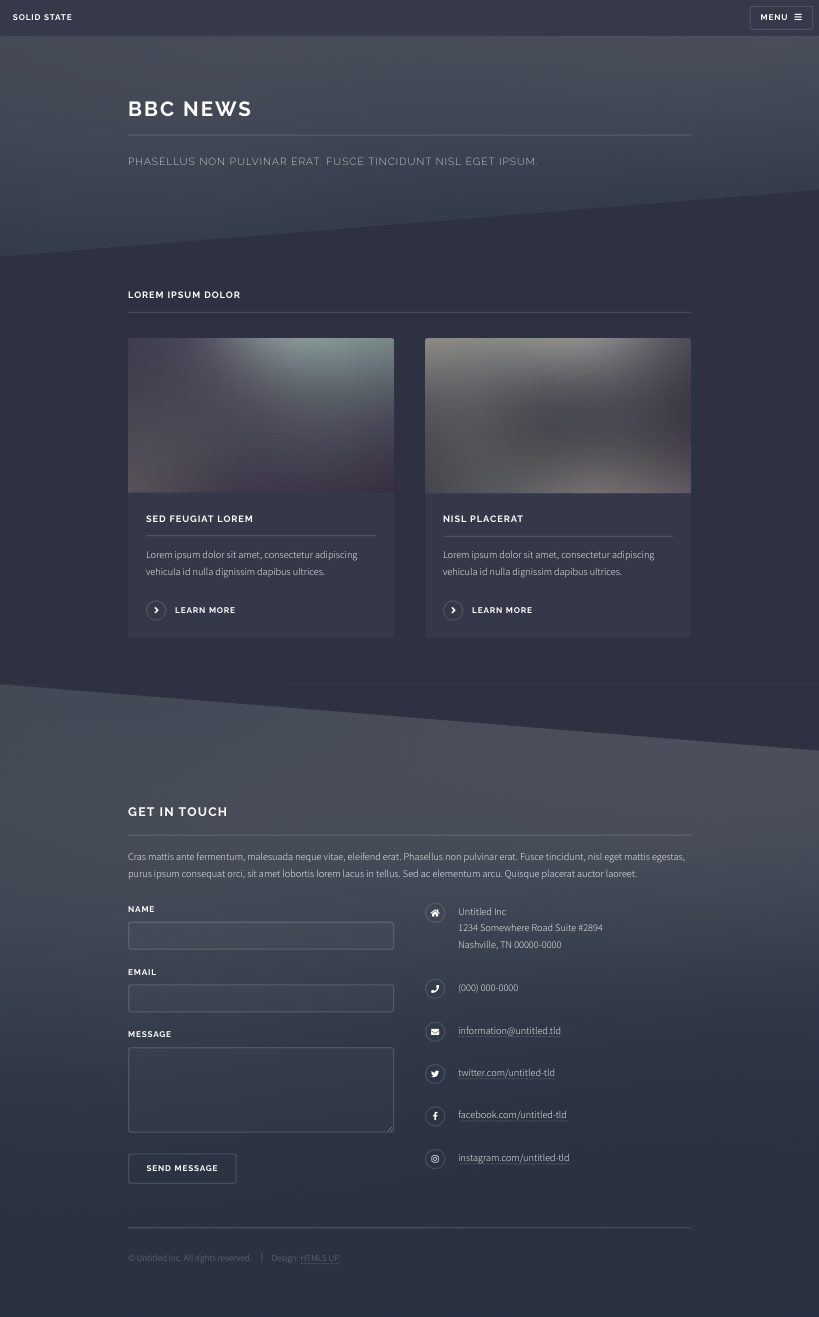
Repository: twoplus/solid_state_gr4
Page: generic.html
An editor plug-in stored every save of this project. The page is shown before and after a run of saves, followed by the edit.
The browser window is 1280 px wide. The pictures show the whole page, at 64% of full size.
Backgrounds fixed to the window are drawn as part of the page.

Above is the page before, as saved 2020-02-22 12:51:05.

After the next 2 saves:
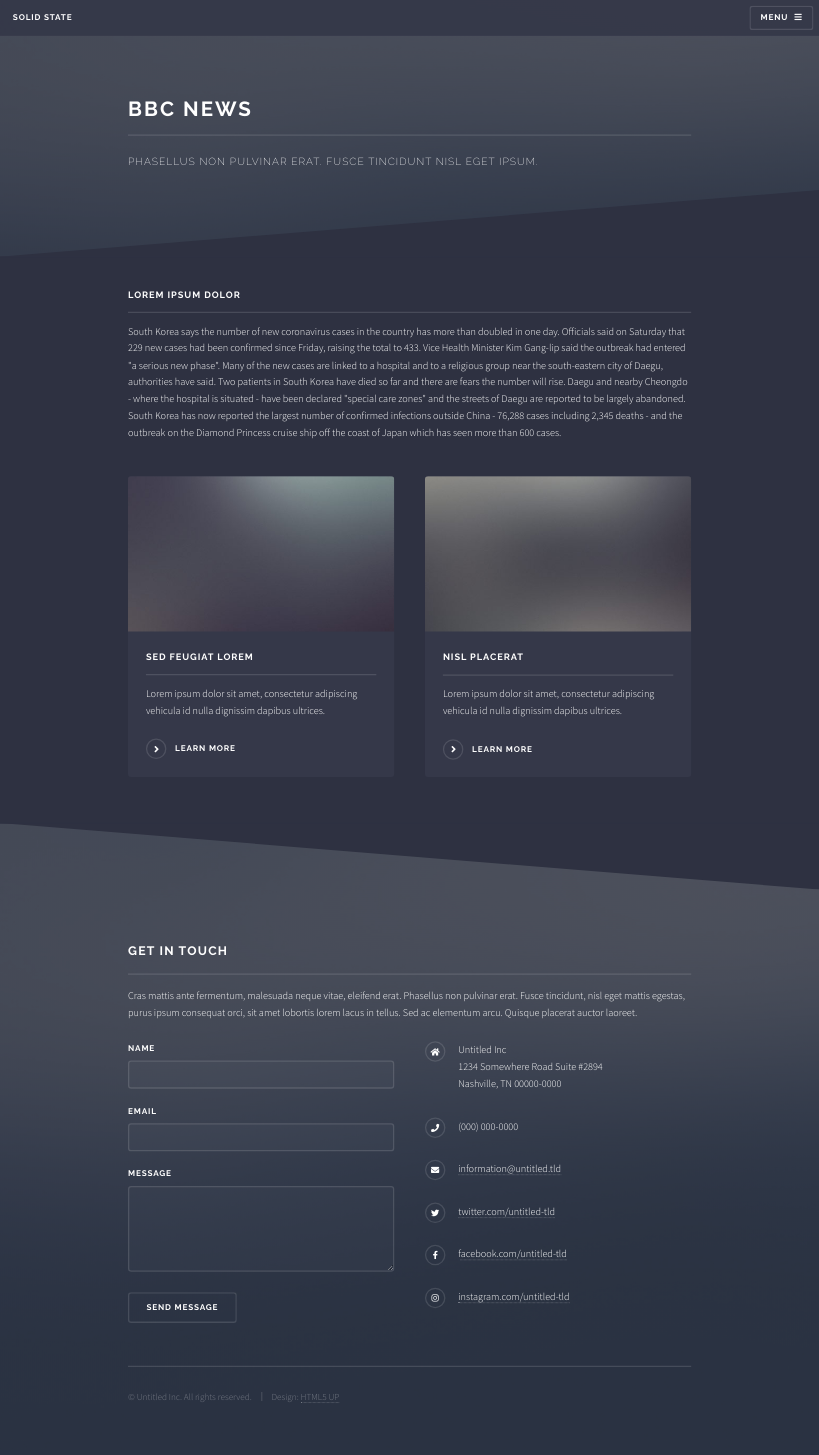
The 2 saves are shown as one change because they came seconds apart.
The last was saved 7 s later.
--- a/generic.html
+++ b/generic.html
@@ -54,7 +54,21 @@
 								<div class="inner">
 
 									<h3 class="major">Lorem ipsum dolor</h3>
+									<p>
+										South Korea says the number of new coronavirus cases in the country has more than doubled in one day.
 
+Officials said on Saturday that 229 new cases had been confirmed since Friday, raising the total to 433.
+
+Vice Health Minister Kim Gang-lip said the outbreak had entered "a serious new phase".
+
+Many of the new cases are linked to a hospital and to a religious group near the south-eastern city of Daegu, authorities have said.
+
+Two patients in South Korea have died so far and there are fears the number will rise.
+
+Daegu and nearby Cheongdo - where the hospital is situated - have been declared "special care zones" and the streets of Daegu are reported to be largely abandoned.
+
+South Korea has now reported the largest number of confirmed infections outside China - 76,288 cases including 2,345 deaths - and the outbreak on the Diamond Princess cruise ship off the coast of Japan which has seen more than 600 cases.
+									</p>
 
 									<section class="features">
 										<article>
